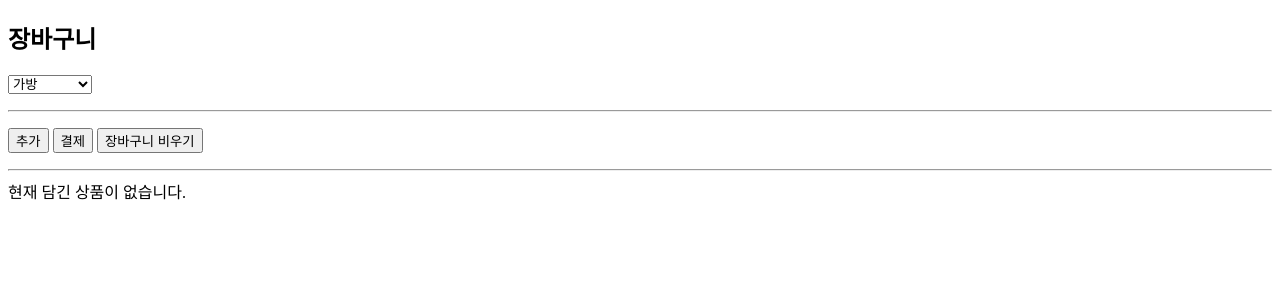
Repository: Blair-Kim/JSP
Page: http://localhost/Day2/7_basket.jsp
These files come from the project's save history. The page is drawn as it stood at one moment and after the next save; the edit follows.
The browser window is 1280 px wide. The pictures show the whole page.
The page is served by Tomcat 9.

Above is the page before, as saved 2022-01-13 04:49:04.

After the next save:
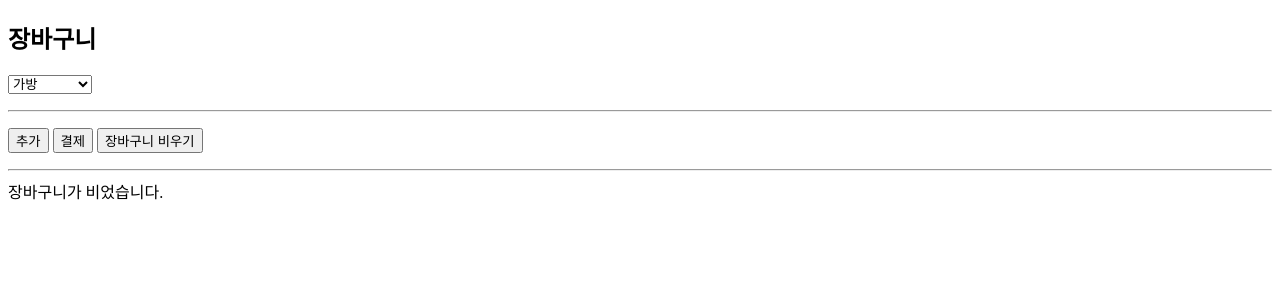
Saved 19 s later.
--- a/Day2/WebContent/7_basket.jsp
+++ b/Day2/WebContent/7_basket.jsp
@@ -33,9 +33,8 @@
 		if(list != null){
 			out.println("현재 담긴 상품 : " + list);
 		}else{
-			out.println("현재 담긴 상품이 없습니다.");
+			out.println("장바구니가 비었습니다.");
 		}
-
 	%>
 	</form>
 </body>
